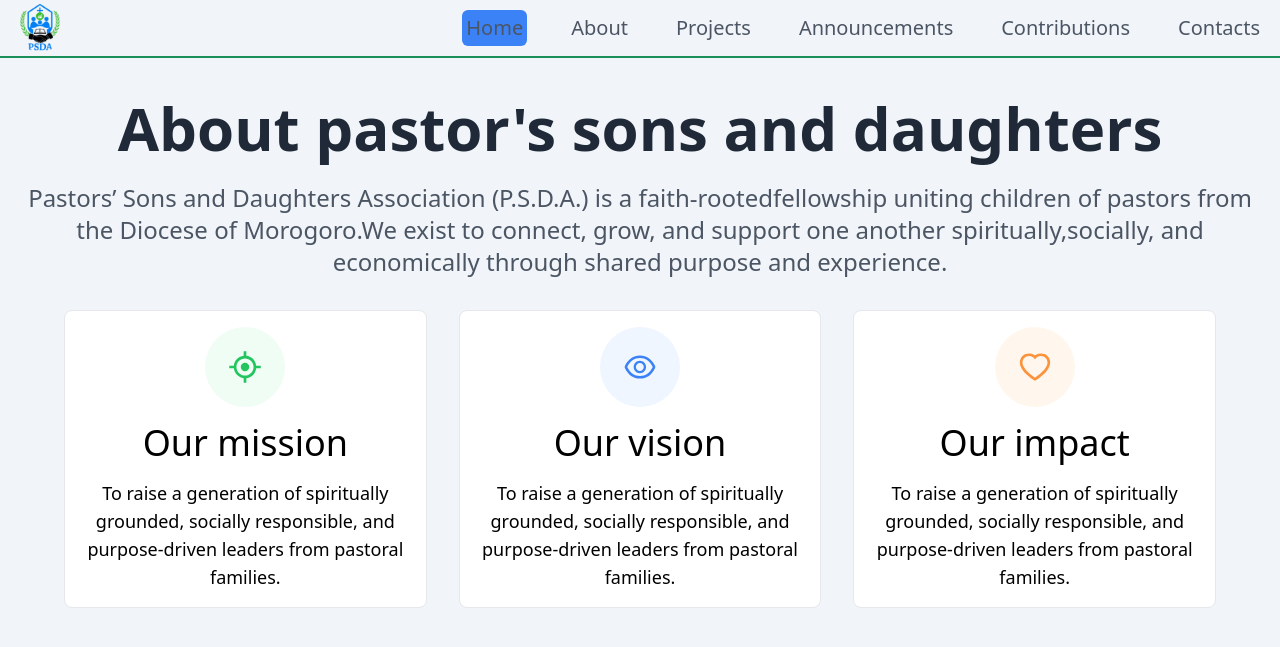
Repository: Zedestar/psda
Page: /about
These files come from the project's save history. The page is drawn as it stood at one moment and after the next save; the edit follows.
The browser window is 1280 px wide. The pictures show the whole page.
The project was rebuilt for these pictures with package versions that can differ from the ones it lists, and the page was loaded fresh each time. Also part of the build but not shown: src/pages/home/home.jsx, src/pages/projects/projects.jsx, src/pages/announcements/announcements.jsx, src/pages/contirbutions/contributions.jsx, src/pages/contacts/contacts.jsx.

Above is the page before, as saved 2025-07-18 20:25:57.

### src/index.js
import React from "react";
import ReactDOM from "react-dom/client";
import App from "./App";
import "./index.css";
import { BrowserRouter } from "react-router-dom";

const root = ReactDOM.createRoot(document.getElementById("root"));
root.render(
  <BrowserRouter>
    <React.StrictMode>
      <App />
    </React.StrictMode>
  </BrowserRouter>
);

### src/App.js
import { Route, Routes } from "react-router-dom";
import Header from "./components/header/header";
import Home from "./pages/home/home";
import AboutPage from "./pages/about/about";
import Projects from "./pages/projects/projects";
import Announcements from "./pages/announcements/announcements";
import Contributions from "./pages/contirbutions/contributions";
import Contacts from "./pages/contacts/contacts";

function App() {
  return (
    <div className="flex flex-col flex-center h-screen bg-slate-100">
      <Header />
      <Routes>
        <Route path="/" element={<Home />} />
        <Route path="/about" element={<AboutPage />} />
        <Route path="/projects" element={<Projects />} />
        <Route path="/announcements" element={<Announcements />} />
        <Route path="/contributions" element={<Contributions />} />
        <Route path="/contact" element={<Contacts />} />
      </Routes>
    </div>
  );
}

export default App;

### src/components/header/header.jsx
import { useState } from "react";
import headerData from "./header-data";
import HeaderItem from "./header-item";
import psdaImage from "../../assets/images/psdaImage.png";

function Header() {
  const [active, setActive] = useState(1);
  return (
    <header className="flex items-center justify-between px-4 py-1 border-b-2 border-b-psdaGreen">
      <div className="text-3xl rounded-full overflow-hidden">
        <img className="h-12 w-12" src={psdaImage} alt="" />
      </div>{" "}
      <ul className="hidden lg:flex justify-center space-x-10 flex-center">
        {headerData.map((item) => (
          <HeaderItem
            key={item.id}
            item={item}
            active={active}
            setActive={setActive}
          />
        ))}
      </ul>
      <ul className="lg:hidden">
        <li>miaaa</li>
        <li>miaaa</li>
        <li>miaaa</li>
        <li>miaaa</li>
        <li>miaaa</li>
      </ul>
    </header>
  );
}

export default Header;

### src/pages/about/about.jsx
import aboutUsData from "./about-us-data";
import mission_vission_impact_data from "./mission-vission-impact";

function AboutPage() {
  return (
    <div className="w-full h-full py-5 max-w-screen-2xl flex flex-col items-center">
      <div className="flex flex-col m-5 space-y-6">
        <p className="text-center text-6xl font-semibold text-gray-800">
          About pastor's sons and daughters
        </p>
        <p className="text-center text-gray-600 text-2xl">{aboutUsData}</p>
      </div>
      <div className="flex flex-col lg:flex-row items-center justify-around mx-12">
        {mission_vission_impact_data.map((item) => (
          <div className="border flex flex-col justify-center mx-4 my-3 space-y-4 p-4 rounded-lg text-center max-w-lg hover:shadow-slate-800 bg-white">
            <div className="w-full flex items-center justify-center">
              <div
                className={`flex items-center justify-center rounded-full ${item.color} w-20 h-20`}
              >
                {item.icon}
              </div>
            </div>

            <p className="text-4xl">{item.title}</p>
            <p className="text-lg ">{item.content}</p>
          </div>
        ))}
      </div>
    </div>
  );
}

export default AboutPage;

### src/components/header/header-data.js
const headerData = [
  {
    id: 1,
    content: "Home",
    link: "/",
  },
  {
    id: 2,
    content: "About",
    link: "/about",
  },
  {
    id: 3,
    content: "Projects",
    link: "/projects",
  },
  {
    id: 4,
    content: "Announcements",
    link: "/announcements",
  },
  {
    id: 5,
    content: "Contributions",
    link: "/contributions",
  },
  {
    id: 6,
    content: "Contacts",
    link: "/contact",
  },
];

export default headerData;

### src/components/header/header-item.jsx
import { Link } from "react-router-dom";

function HeaderItem({ item, active, setActive }) {
  console.log(active);
  return (
    <li
      className={`p-1 rounded-md text-xl text-gray-600 font-gray-100 hover:bg-gray-200 transition cursor-pointer ${
        item.id === active ? "bg-blue-500" : ""
      }`}
      onClick={() => setActive(item.id)}
    >
      <Link to={item.link}>{item.content}</Link>
    </li>
  );
}

export default HeaderItem;

### src/pages/about/about-us-data.js
const aboutUsData =
  "Pastors’ Sons and Daughters Association (P.S.D.A.) is a faith-rootedfellowship uniting children of pastors from the Diocese of Morogoro.We exist to connect, grow, and support one another spiritually,socially, and economically through shared purpose and experience.";

export default aboutUsData;

### src/pages/about/mission-vission-impact.js
import { AiOutlineAim, AiOutlineEye, AiOutlineHeart } from "react-icons/ai";

const mission_vission_impact_data = [
  {
    id: 1,
    title: "Our mission",
    content:
      "To raise a generation of spiritually grounded, socially responsible, and purpose-driven leaders from pastoral families.",
    icon: <AiOutlineAim className="text-4xl text-green-500" />,
    color: "bg-green-50",
  },
  {
    id: 2,
    title: "Our vision",
    content:
      "To raise a generation of spiritually grounded, socially responsible, and purpose-driven leaders from pastoral families.",
    icon: <AiOutlineEye className="text-4xl text-blue-500" />,
    color: "bg-blue-50",
  },
  {
    id: 3,
    title: "Our impact",
    content:
      "To raise a generation of spiritually grounded, socially responsible, and purpose-driven leaders from pastoral families.",
    icon: <AiOutlineHeart className="text-4xl text-orange-400" />,
    color: "bg-orange-50",
  },
];

export default mission_vission_impact_data;

### tailwind.config.js
/** @type {import('tailwindcss').Config} */
module.exports = {
  content: ["./src/**/*.{js,jsx,ts,tsx}"],
  theme: {
    extend: {
      colors: {
        psdaGreen: "#1A8F57",
      },
    },
  },
  plugins: [],
};

Loaded but not shown: public/index.html (common file); src/index.css (common file)

After the next save:
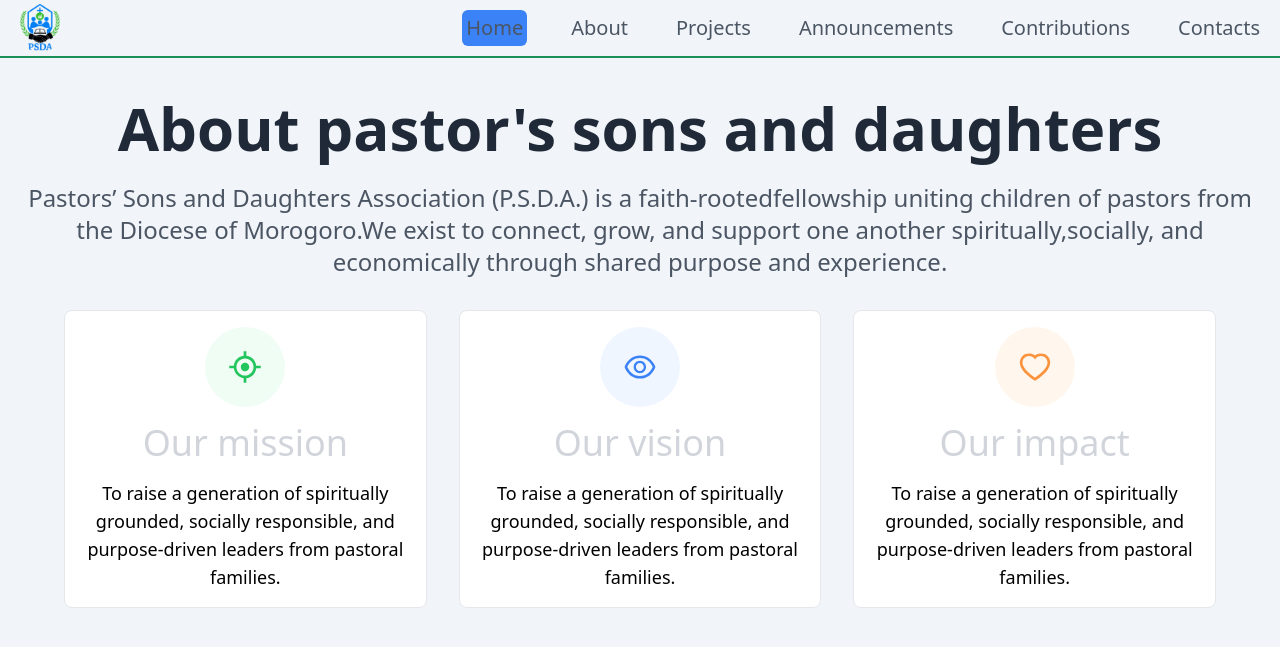
Saved 14 s later.
--- a/src/pages/about/about.jsx
+++ b/src/pages/about/about.jsx
@@ -21,7 +21,7 @@ function AboutPage() {
               </div>
             </div>
 
-            <p className="text-4xl">{item.title}</p>
+            <p className="text-4xl text-gray-300">{item.title}</p>
             <p className="text-lg ">{item.content}</p>
           </div>
         ))}
